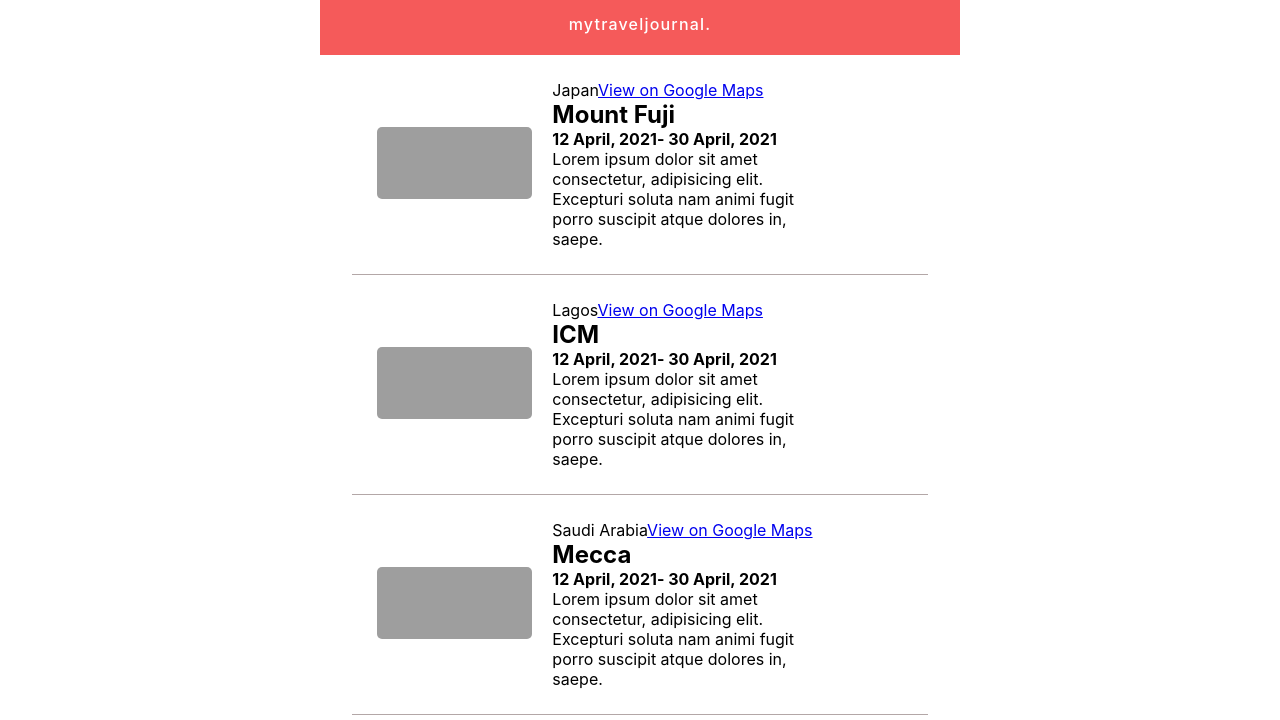
Repository: BuduCE/travel-journal
Page: /
An editor plug-in stored every save of this project. The page is shown before and after the next save, followed by the edit.
The browser window is 1280 px wide. The pictures show the whole page.
Pictures or frames that could not be fetched are drawn as grey boxes. The project was rebuilt for these pictures with package versions that can differ from the ones it lists, and the page was loaded fresh each time.

Above is the page before, as saved 2022-08-25 13:54:40.

### src/index.css
*{
  box-sizing: border-box;
  margin: 0;
  padding: 0;
}
body {
  margin: 0;
  font-family: -apple-system, BlinkMacSystemFont, 'Segoe UI', 'Roboto', 'Oxygen',
    'Ubuntu', 'Cantarell', 'Fira Sans', 'Droid Sans', 'Helvetica Neue',
    sans-serif;
  -webkit-font-smoothing: antialiased;
  -moz-osx-font-smoothing: grayscale;
}

code {
  font-family: source-code-pro, Menlo, Monaco, Consolas, 'Courier New',
    monospace;
}

### src/App.js
import './App.css';
import Home from './components/Home';
import Tour from './components/Tour';
import data from './data'

function App() {
  // Mapping through the data file
  const places = data.map(place => {
    return <Tour
              key = {place.id}
              {...place}
            />
  })

  return (
    <div className="App">
      <Home />
      {/* <Tour /> */}
      {places}
    </div>
  );
}

export default App;

### src/components/Home/index.jsx
import Tour from '../Tour'
import data from '../../data'
import './styles.css'

const Home = () => {


  return (
    <div className='Home'>
      <p>mytraveljournal.</p>
    </div>
  )
}

export default Home

### src/components/Tour/index.jsx
import './styles.css'
import camp from './camp.jpg'

const Tour = (props) => {
  return (
    <div className='Tour'>
      {/* Section 1 */}
      <div className="tour-img">
        {/* <img src={camp} alt="" /> */}
        <img src={props.image} alt="" />
      </div>

      {/* Section 2 */}
      <div className="tour-info">
        <div className="tour-loc">
          <img src="" alt="" />
          <span>{props.location}</span>
          <a href={props.googleMapsUrl}>View on Google Maps</a>
        </div>
        <h2>{props.title}</h2>
        <div className="tour-data">
          <p><b>{props.startDate}</b></p>
          <p><b>- {props.endDate}</b></p>
        </div>

        <p className='tour-desc'>
          Lorem ipsum dolor sit amet consectetur, adipisicing elit. Excepturi soluta nam animi fugit porro suscipit atque dolores in, saepe.
        </p>
      </div>

    </div>
  )
}

export default Tour

### src/data.js
export default [
    {
        id: 1,
        title: "Mount Fuji",
        location: "Japan",
        googleMapsUrl: "https://googlemaps",
        startDate: "12 April, 2021",
        endDate: "30 April, 2021",
        image: "https://images.unsplash.com/photo-1657214059212-104dac959c56?ixlib=rb-1.2.1&ixid=MnwxMjA3fDF8MHxzZWFyY2h8MXx8dHJhdmVsfGVufDB8fDB8fA%3D%3D&auto=format&fit=crop&w=500&q=60",
    },
    {
        id: 2,
        title: "ICM",
        location: "Lagos",
        googleMapsUrl: "https://googlemaps",
        startDate: "12 April, 2021",
        endDate: "30 April, 2021",
        image:"https://images.unsplash.com/photo-1527631746610-bca00a040d60?ixlib=rb-1.2.1&ixid=MnwxMjA3fDB8MHxzZWFyY2h8MTJ8fHRyYXZlbHxlbnwwfHwwfHw%3D&auto=format&fit=crop&w=500&q=60",
    },
    {
        id: 3,
        title: "Mecca",
        location: "Saudi Arabia",
        googleMapsUrl: "https://googlemaps",
        startDate: "12 April, 2021",
        endDate: "30 April, 2021",
        image:"https://images.unsplash.com/photo-1528543606781-2f6e6857f318?ixlib=rb-1.2.1&ixid=MnwxMjA3fDB8MHxzZWFyY2h8MTh8fHRyYXZlbHxlbnwwfHwwfHw%3D&auto=format&fit=crop&w=500&q=60",
    },
]

### src/components/Home/styles.css
.Home{
    width: 50%;
    margin: auto;
    background: #F55A5A;
    height: 55px;
    text-align: center;
    font-size: 1rem;
    font-weight: 500;
    line-height: 18px;
    letter-spacing: 0.075em;
    color: #fff;
}
.Home > p{
    padding-top: 15px;
}
@media screen and (max-width: 768px){
    .Home{
        width: 100%;
    }
}

### src/components/Tour/styles.css
.Tour{
    width: 45%;
    margin: auto;
    display: grid;
    grid-template-columns: 1fr 4fr;
    padding: 40px 0;
    align-items: center;
    border-bottom: 1px solid #b3a7a7;
}
.tour-img{
    margin-right: 20px;
}
.tour-img > img{
    width: 100%;
    height: 20vh;
    border-radius: 5px;
}
.tour-data{
    display: flex;
}
.tour-desc{
    width: 70%;
}
@media screen and (max-width: 768px){
    .Tour{
        width: 100%;
        /* font-size: 0.8rem; */
        grid-template-columns: 1fr 2fr;
        padding:25px;
    }
    .tour-desc{
        width: 90%;
    }
    .tour-img > img{
        height: 20vh;
    }
}
@media screen and (max-width: 1400px) {
    .Tour{
        /* width: 100%; */
        /* font-size: 0.8rem; */
        grid-template-columns: 1fr 2fr;
        padding:25px;
    }
    .tour-img > img{
        height: 10vh;
    }
}

Loaded but not shown: public/index.html (common file); src/index.js (common file); src/reportWebVitals.js (common file); src/App.css (common file)

After the next save:
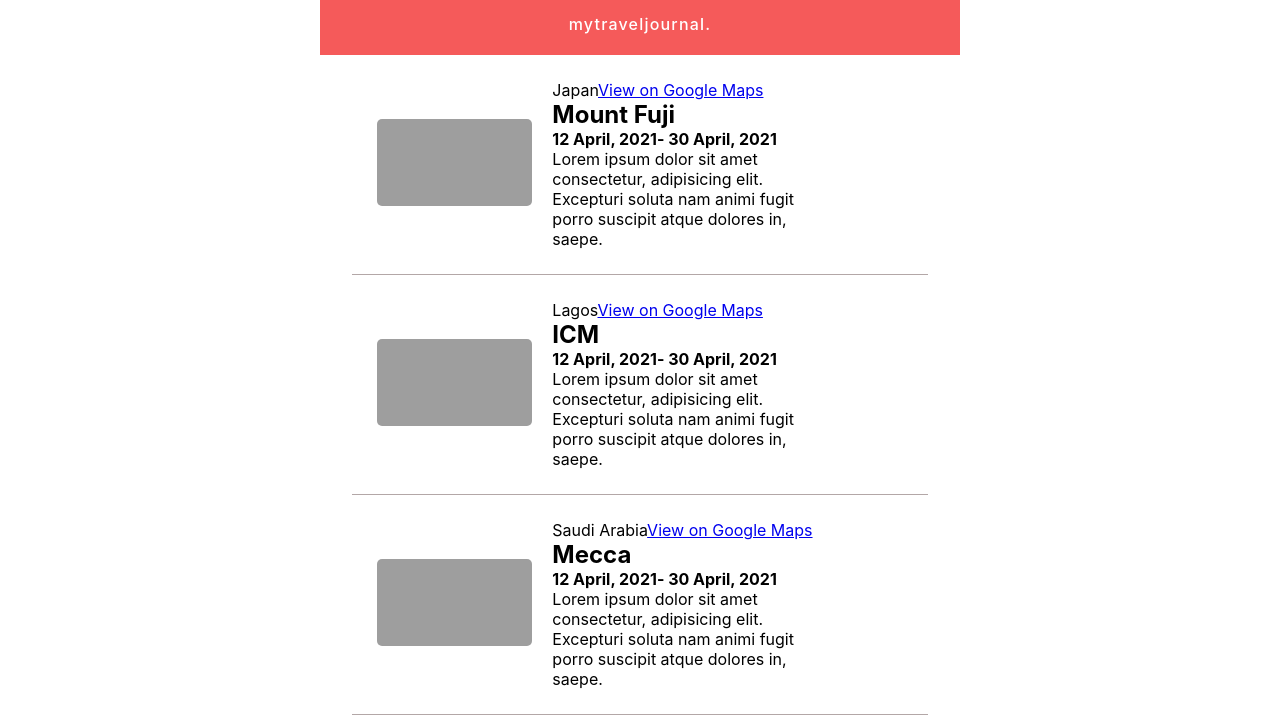
Saved 6 s later.
--- a/src/components/Tour/styles.css
+++ b/src/components/Tour/styles.css
@@ -43,6 +43,6 @@
         padding:25px;
     }
     .tour-img > img{
-        height: 10vh;
+        height: 12vh;
     }
 }
